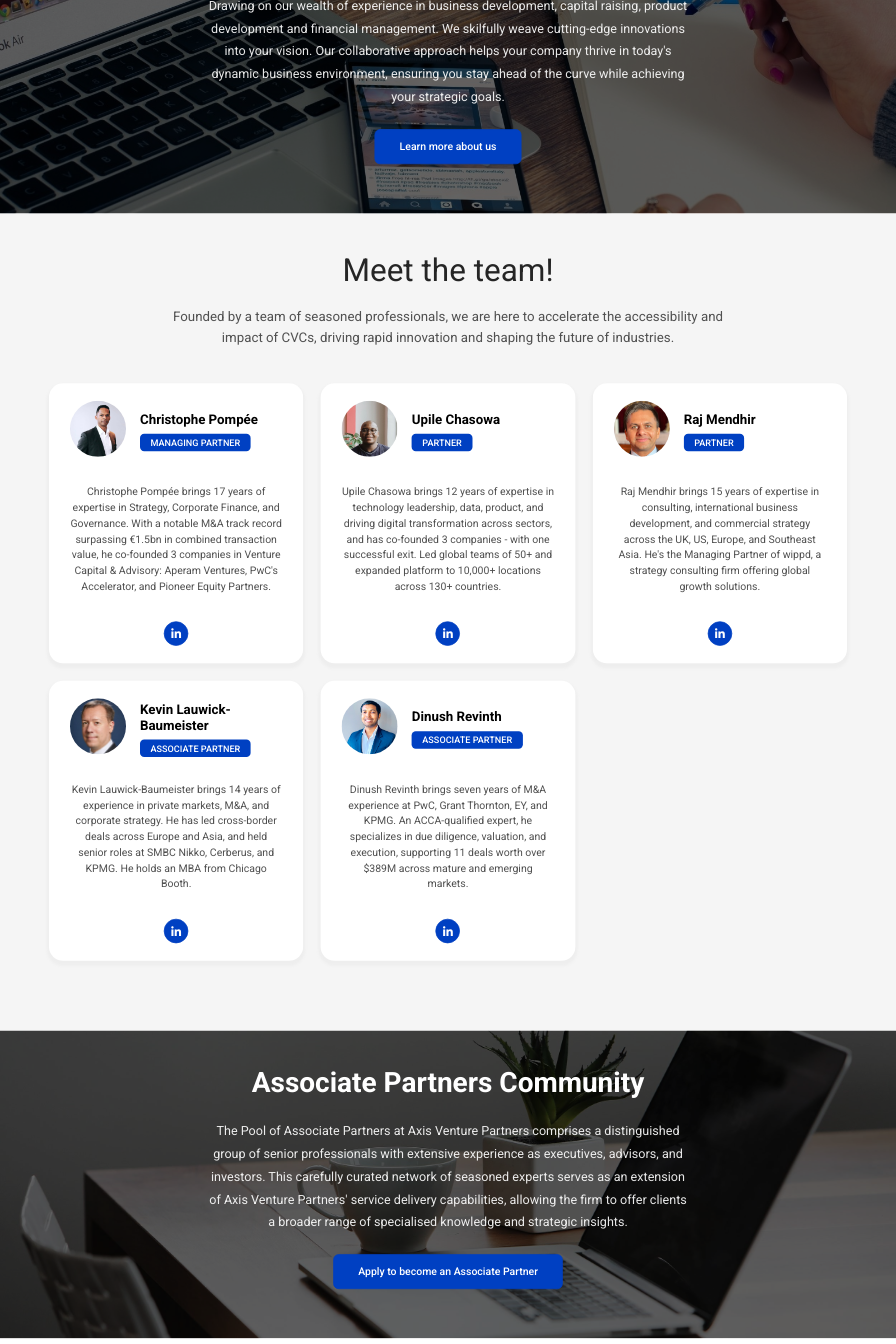
Repository: uchasowa/axisventures
Page: index.html
The author's editor kept a copy of each file at every save. The page is drawn from the files as they stood at one save, then again after the next save.
The browser window is 1280 px wide. The pictures show the part of the page from y = 1741 to 3661 px (the page is 3963 px tall), at 70% of full size.
Some web libraries are served in a nearby version.

Above is the page before, as saved 2025-07-04 20:56:10.

After the next save:
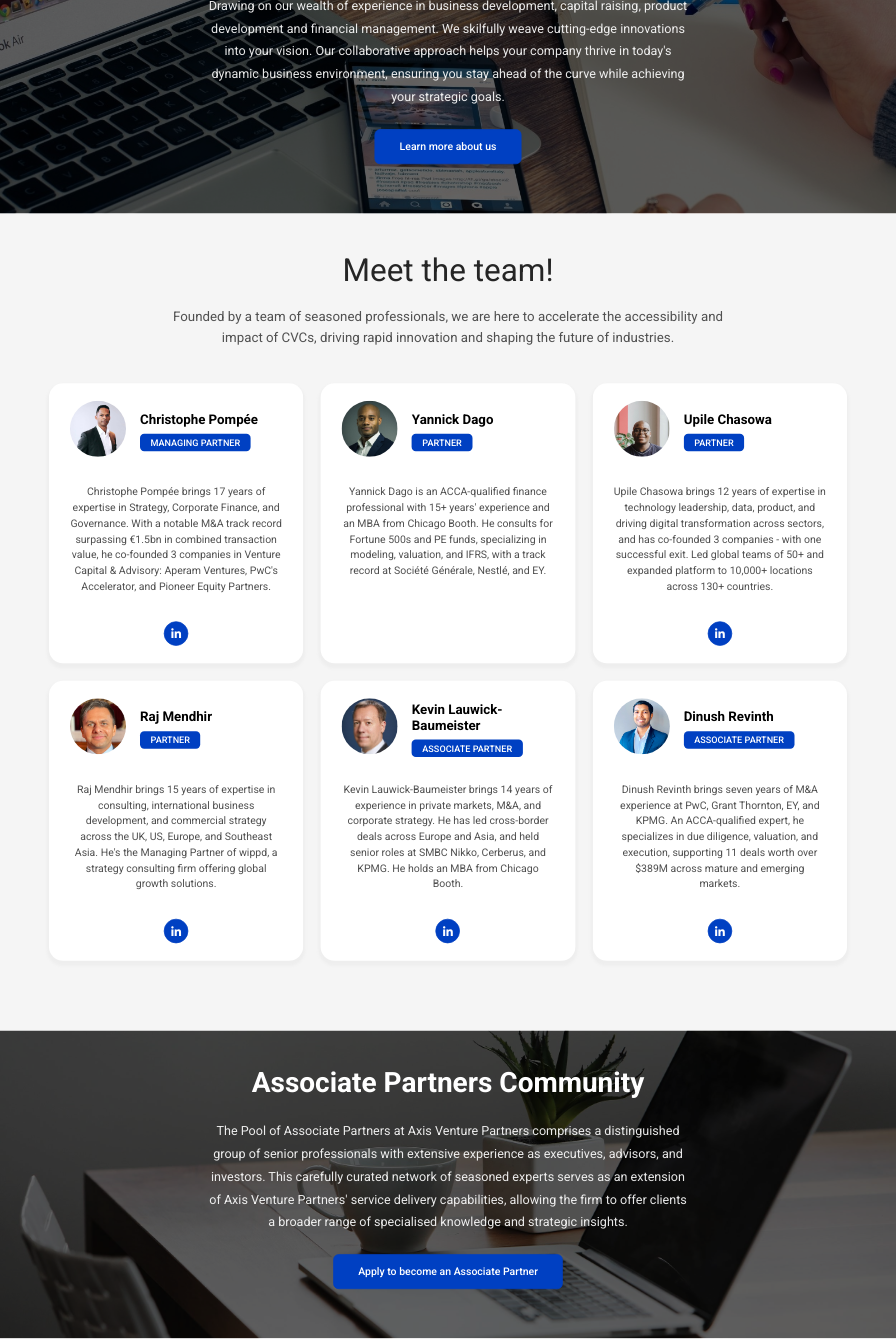
Saved 2 min 56 s later.
--- a/index.html
+++ b/index.html
@@ -209,6 +209,18 @@
                 <article class="box wow animate__fadeInUp" data-wow-duration="1.2s">
                     <div class="top">
                         <div class="image">
+                            <img src="./assets/yannick.jpg" alt="Yannick Dago - Partner">
+                        </div>
+                        <div class="text">
+                            <h3>Yannick Dago</h3>
+                            <span>Partner</span>
+                        </div>
+                    </div>
+                    <p>Yannick Dago is an ACCA-qualified finance professional with 15+ years' experience and an MBA from Chicago Booth. He consults for Fortune 500s and PE funds, specializing in modeling, valuation, and IFRS, with a track record at Société Générale, Nestlé, and EY.</p>
+                </article>
+                <article class="box wow animate__fadeInUp" data-wow-duration="1.5s">
+                    <div class="top">
+                        <div class="image">
                             <img src="./assets/member-2.jpeg" alt="Upile Chasowa - Partner">
                         </div>
                         <div class="text">
@@ -227,7 +239,7 @@
                         </a>
                     </div>
                 </article>
-                <article class="box wow animate__fadeInUp" data-wow-duration="1.5s">
+                <article class="box wow animate__fadeInUp" data-wow-duration="1.8s">
                     <div class="top">
                         <div class="image">
                             <img src="./assets/member_3.jpeg" alt="Raj Mendhir - Partner">
@@ -248,7 +260,7 @@
                         </a>
                     </div>
                 </article>
-                <article class="box wow animate__fadeInUp" data-wow-duration="1.8s">
+                <article class="box wow animate__fadeInUp" data-wow-duration="2.1s">
                     <div class="top">
                         <div class="image">
                             <img src="./assets/Kevin.jpg" alt="Kevin Lauwick-Baumeister - Associate Partner">
@@ -266,7 +278,7 @@
                         </a>
                     </div>
                 </article>
-                <article class="box wow animate__fadeInUp" data-wow-duration="2.1s">
+                <article class="box wow animate__fadeInUp" data-wow-duration="2.4s">
                     <div class="top">
                         <div class="image">
                             <img src="./assets/Dinush.jpg" alt="Dinush Revinth - Associate Partner">
